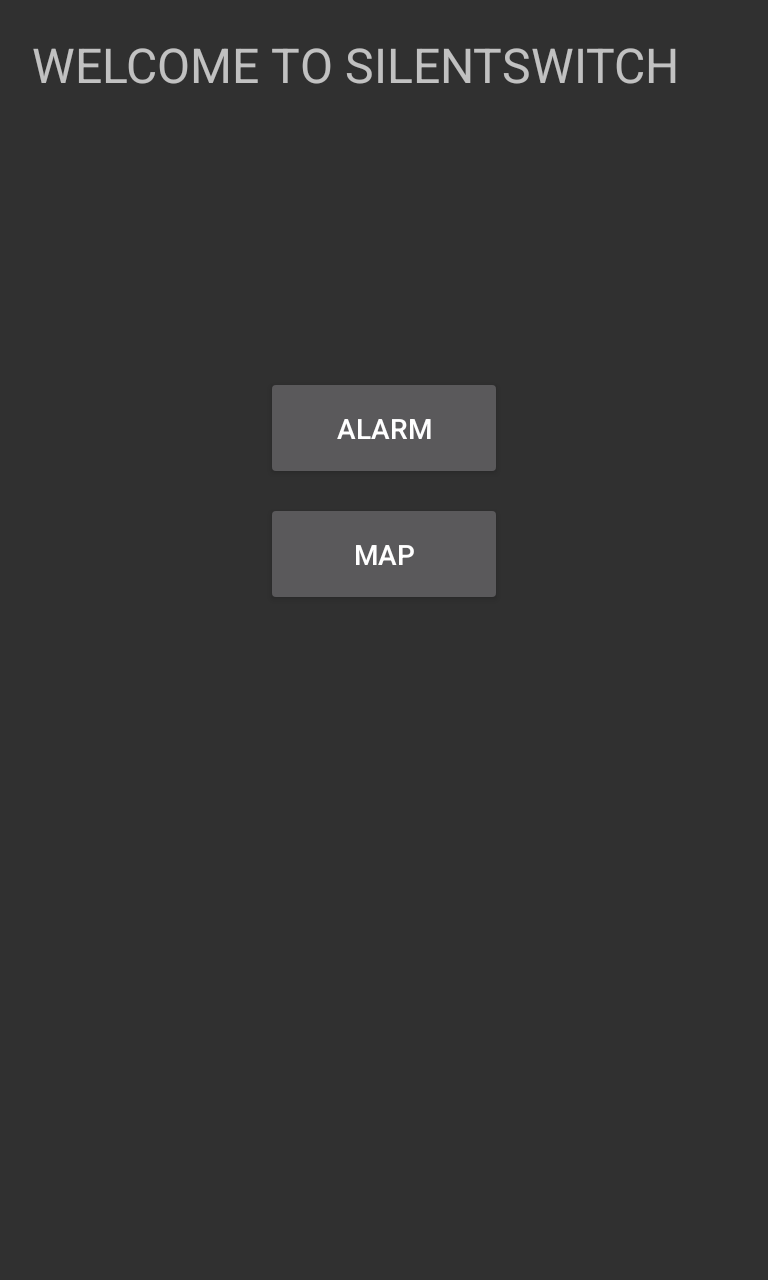
Repository: karakor/SilentSwitch2
Layout: SilentSwitch/res/layout/activity_main.xml
An editor plug-in stored every save of this project. The layout is shown before and after the next save, followed by the edit.
It is drawn on a 768 x 1280 px phone screen (xhdpi) without system bars, with theme Theme.AppCompat; the app's code is not run.

Above is the layout before, as saved 2015-03-02 10:36:11.

### SilentSwitch/res/layout/activity_main.xml
<RelativeLayout xmlns:android="http://schemas.android.com/apk/res/android"
    xmlns:tools="http://schemas.android.com/tools"
    android:layout_width="match_parent"
    android:layout_height="match_parent"
    android:paddingBottom="@dimen/activity_vertical_margin"
    android:paddingLeft="@dimen/activity_horizontal_margin"
    android:paddingRight="@dimen/activity_horizontal_margin"
    android:paddingTop="@dimen/activity_vertical_margin"
    tools:context="com.example.silentswitch.MainActivity" >

    <TextView
        android:id="@+id/textView1"
        android:layout_width="wrap_content"
        android:layout_height="wrap_content"
        android:text="@string/hello_world"
        android:textSize="24sp" />

    <Button
        android:id="@+id/Alarm_btn"
        android:layout_width="wrap_content"
        android:layout_height="wrap_content"
        android:layout_below="@+id/textView1"
        android:layout_centerHorizontal="true"
        android:layout_marginTop="138dp"
        android:height="55dp"
        android:text="@string/Alarm_btn"
        android:width="120dp" />

    <Button
        android:id="@+id/Map_btn"
        android:layout_width="wrap_content"
        android:layout_height="wrap_content"
        android:layout_alignLeft="@+id/Alarm_btn"
        android:layout_below="@+id/Alarm_btn"
        android:layout_marginTop="8dp"
        android:height="55dp"
        android:text="@string/Map_btn"
        android:width="120dp" />

</RelativeLayout>

### SilentSwitch/res/values/strings.xml
<?xml version="1.0" encoding="utf-8"?>
<resources>

    <string name="app_name">SilentSwitch</string>
    <string name="hello_world">WELCOME TO SILENTSWITCH</string>
    <string name="action_settings">Settings</string>
    <string name="Alarm_btn">ALARM</string>
    <string name="Map_btn">MAP</string>
    <string name="title_activity_map__screen">Map_Screen</string>
    <string name="btn_City">City</string>
    <string name="str_rb_normal">Normal</string>
    <string name="str_rb_satellite">Satellite</string>
    <string name="menu_settings">Settings</string>
    <string name="str_rb_terrain">Terrain</string>
    <string name="title_activity_alarm_screen">AlarmScreen</string>

</resources>

Loaded but not shown: SilentSwitch/res/values/dimens.xml (common file); SilentSwitch/res/values-w820dp/dimens.xml (common file)

After the next save:
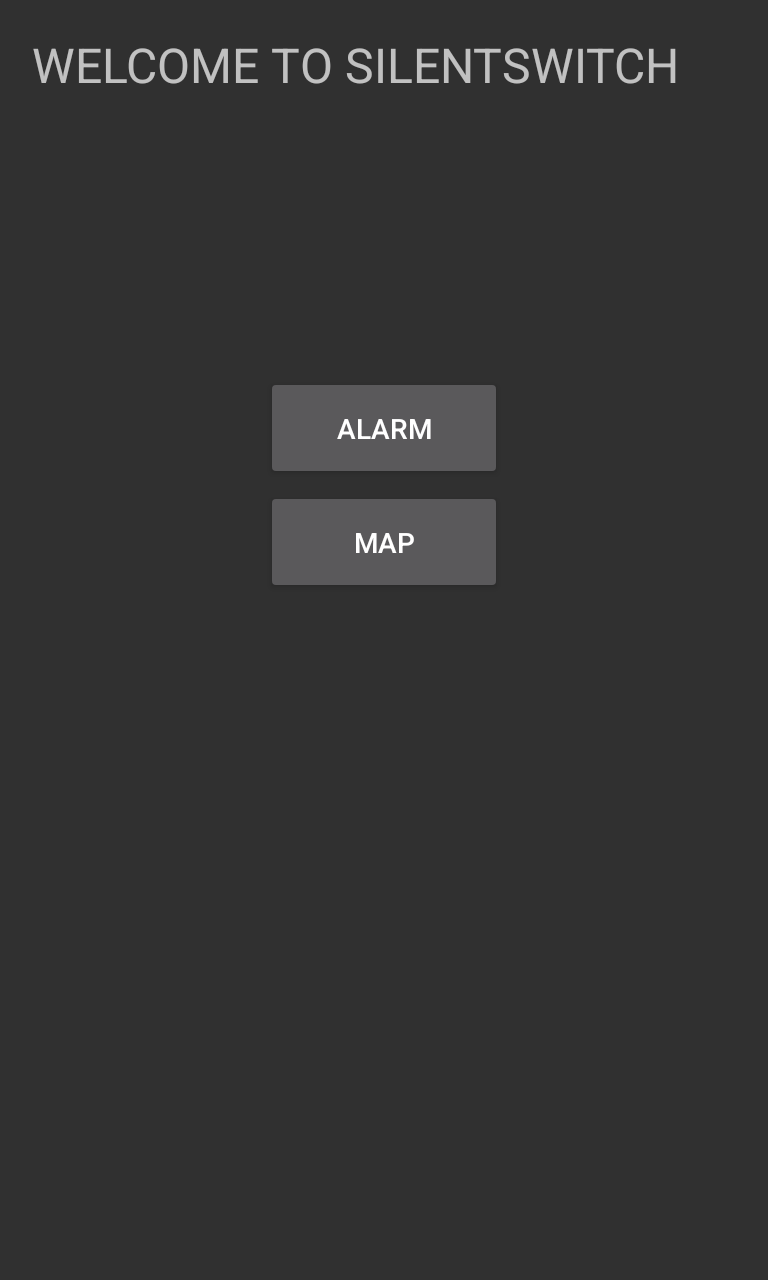
Saved 18 s later.
--- a/SilentSwitch/res/layout/activity_main.xml
+++ b/SilentSwitch/res/layout/activity_main.xml
@@ -32,7 +32,7 @@
         android:layout_height="wrap_content"
         android:layout_alignLeft="@+id/Alarm_btn"
         android:layout_below="@+id/Alarm_btn"
-        android:layout_marginTop="8dp"
+        android:layout_marginTop="2dp"
         android:height="55dp"
         android:text="@string/Map_btn"
         android:width="120dp" />
